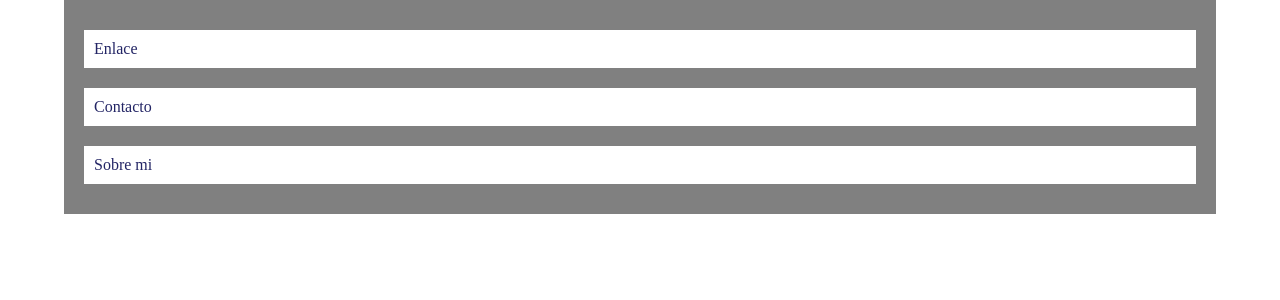
Repository: DamianBermudez94/curso-css3
Page: pseudoclases.html
These files come from the project's save history. The page is drawn as it stood at one moment and after the next save; the edit follows.
The browser window is 1280 px wide. The pictures show the whole page.
The pointer rests on the first visible `.enlaces`.

Above is the page before, as saved 2024-05-18 16:08:19.

### pseudoclases.html
<!DOCTYPE html>
<html lang="es">
  <head>
    <meta charset="UTF-8" />
    <meta name="viewport" content="width=device-width, initial-scale=1.0" />
    <link rel="preconnect" href="https://fonts.googleapis.com" />
    <link rel="preconnect" href="https://fonts.gstatic.com" crossorigin />
    <link
      rel="preload"
      href="https://fonts.googleapis.com/css2?family=Roboto:ital,wght@0,100;0,300;0,400;0,500;0,700;0,900;1,100;1,300;1,400;1,500;1,700;1,900&display=swap"
      rel="stylesheet"
    />
    <link rel="stylesheet" href="/pseudoclases/estilos.css" />
    <title>Pseudoclases</title>
  </head>
  <body>
    <nav>
      <a href="" class="enlaces">Enlace</a>
      <a href="" class="enlaces">Contacto</a>
      <a href="" class="enlaces">Sobre mi</a>
    </nav>
  </body>
</html>

### pseudoclases/estilos.css
*{
    margin: 0;
    padding: 0;
    box-sizing: border-box;
}
nav{
    width: 90%;
    background-color: gray;
    margin: 0 auto;
    padding: 20px;
}
.enlaces{
    width: 100%;
    display: inline-block;
    padding: 10px 10px;
    background-color: #FFF;
    color: #232565;
    text-decoration: none;
    margin: 10px auto;
}

After the next save:
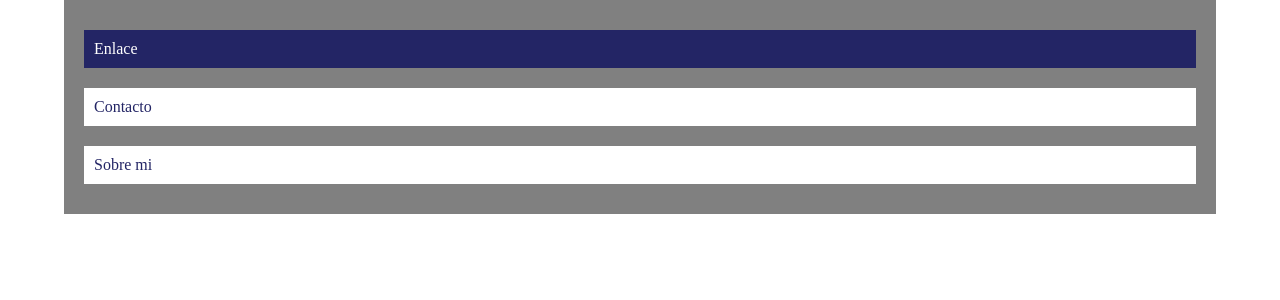
Saved 28 s later.
--- a/pseudoclases/estilos.css
+++ b/pseudoclases/estilos.css
@@ -18,3 +18,7 @@
     text-decoration: none;
     margin: 10px auto;
 }
+.enlaces:hover{
+    background-color: #232565;
+    color: #FFF;
+}
